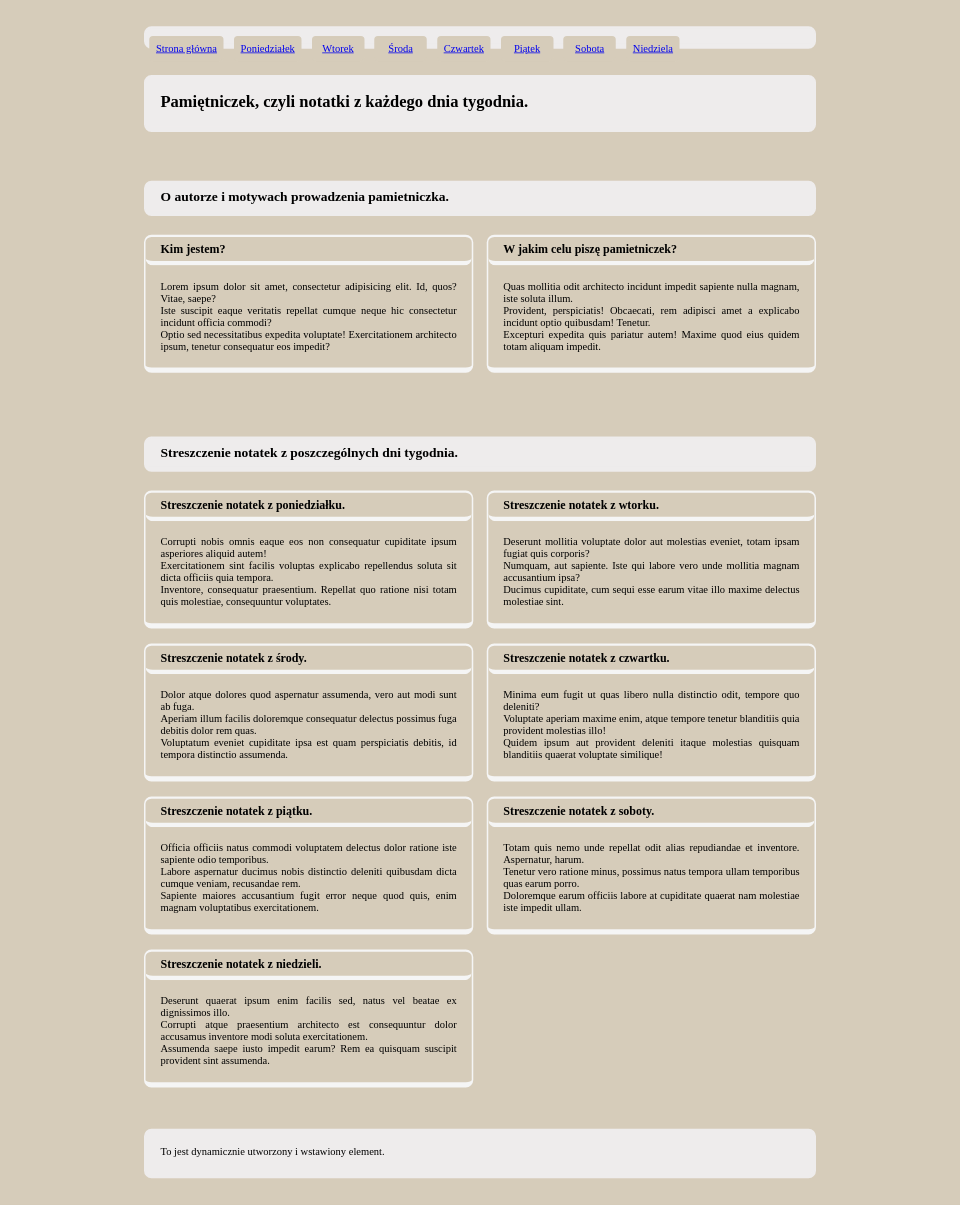
Repository: ArturNatwora/hompage
Page: index.html
An editor plug-in stored every save of this project. The page is shown before and after the next save, followed by the edit.
The browser window is 1280 px wide. The pictures show the whole page, at 75% of full size.

Above is the page before, as saved 2019-06-12 09:58:27.

After the next save:
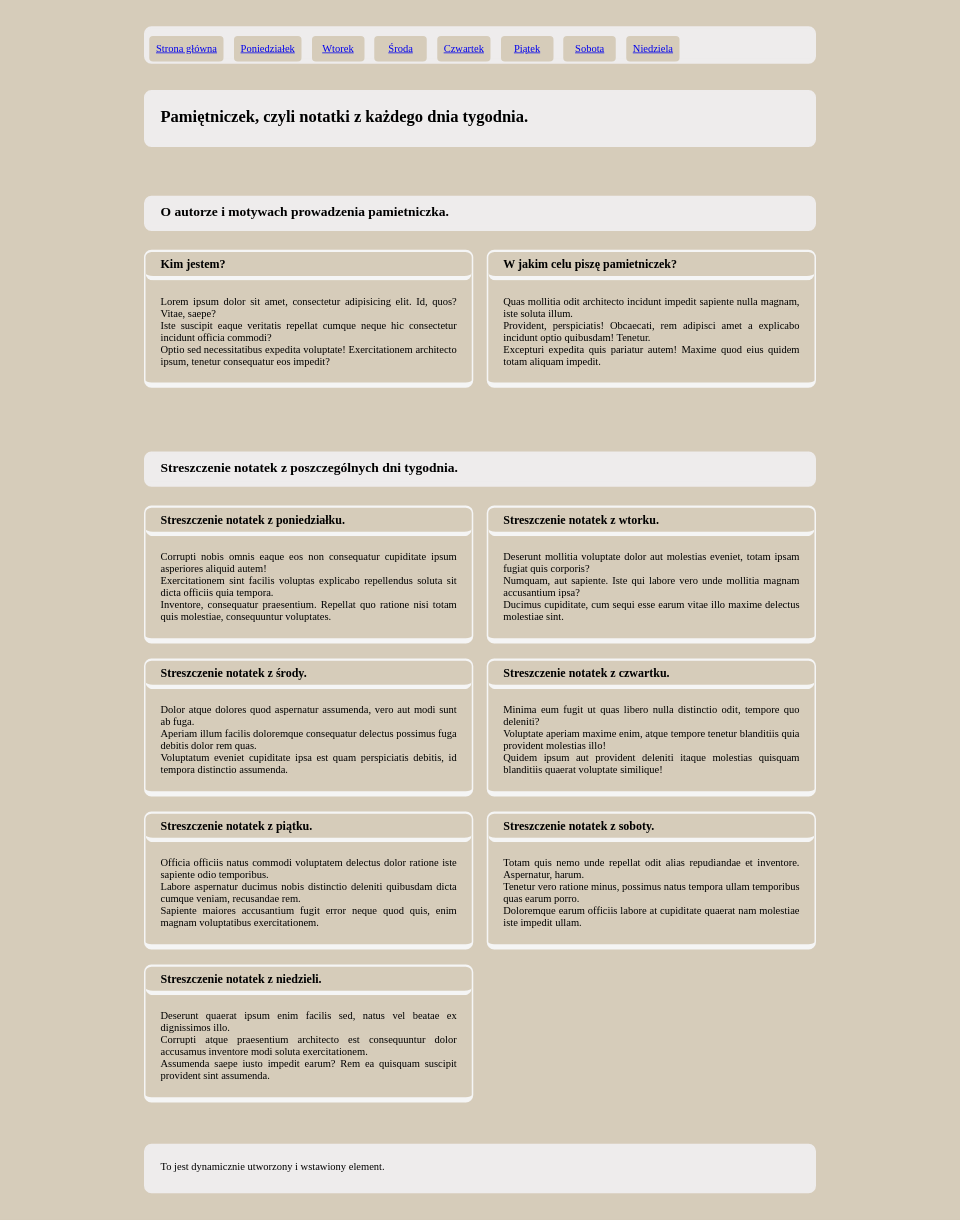
Saved 91 s later.
--- a/index.css
+++ b/index.css
@@ -27,7 +27,7 @@ body{
 .bodyHeader__nav{
     background: rgb(238, 236, 236);
     width: 100%;
-    height: 30px;
+    height: 50px;
     margin: 35px 0;
 
     display: block;
